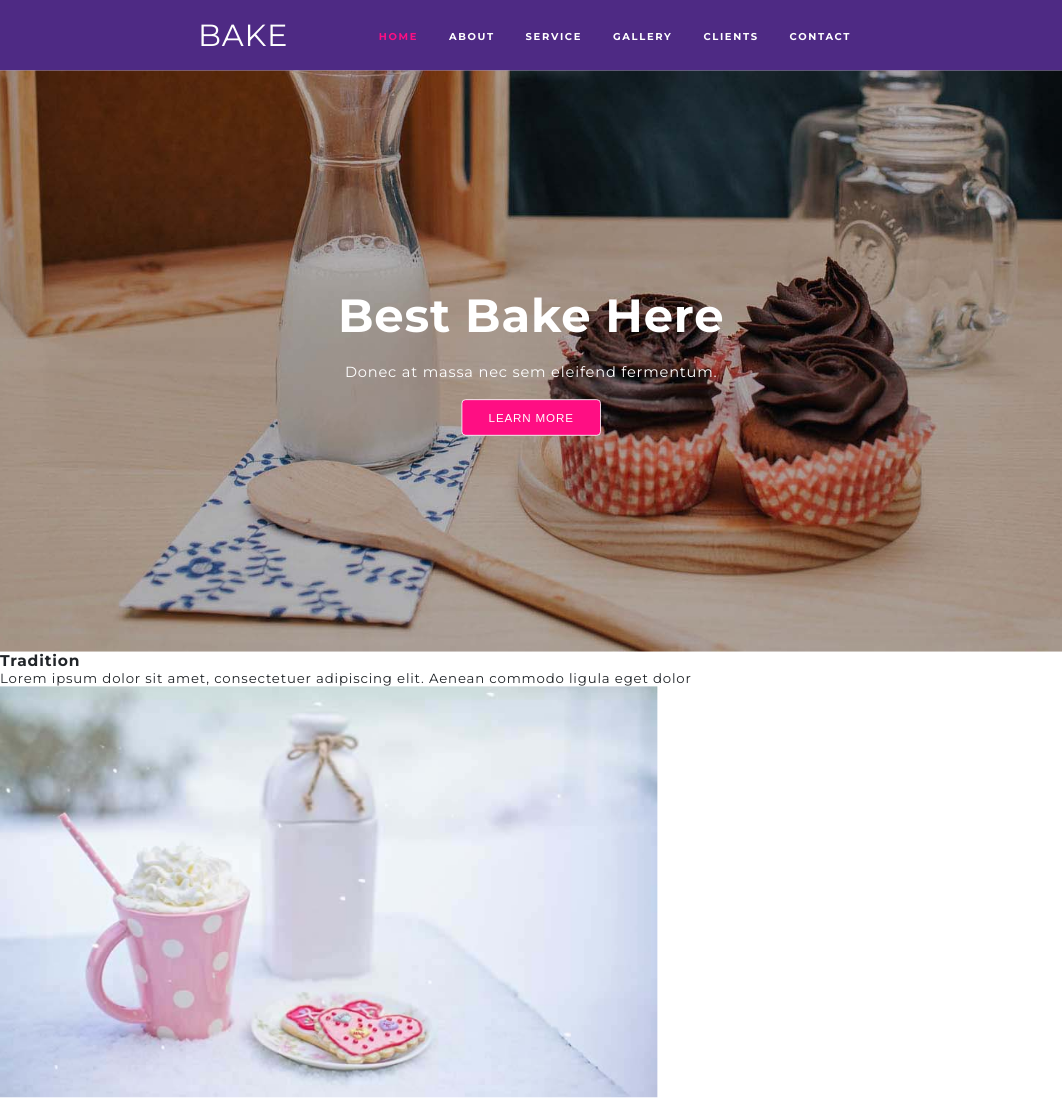
Repository: ducdatit2002/bake-cake
Page: index.html
The author's editor kept a copy of each file at every save. The page is drawn from the files as they stood at one save, then again after the next save.
The browser window is 1280 px wide. The pictures show the whole page, at 83% of full size.

Above is the page before, as saved 2023-07-13 11:58:18.

After the next save:
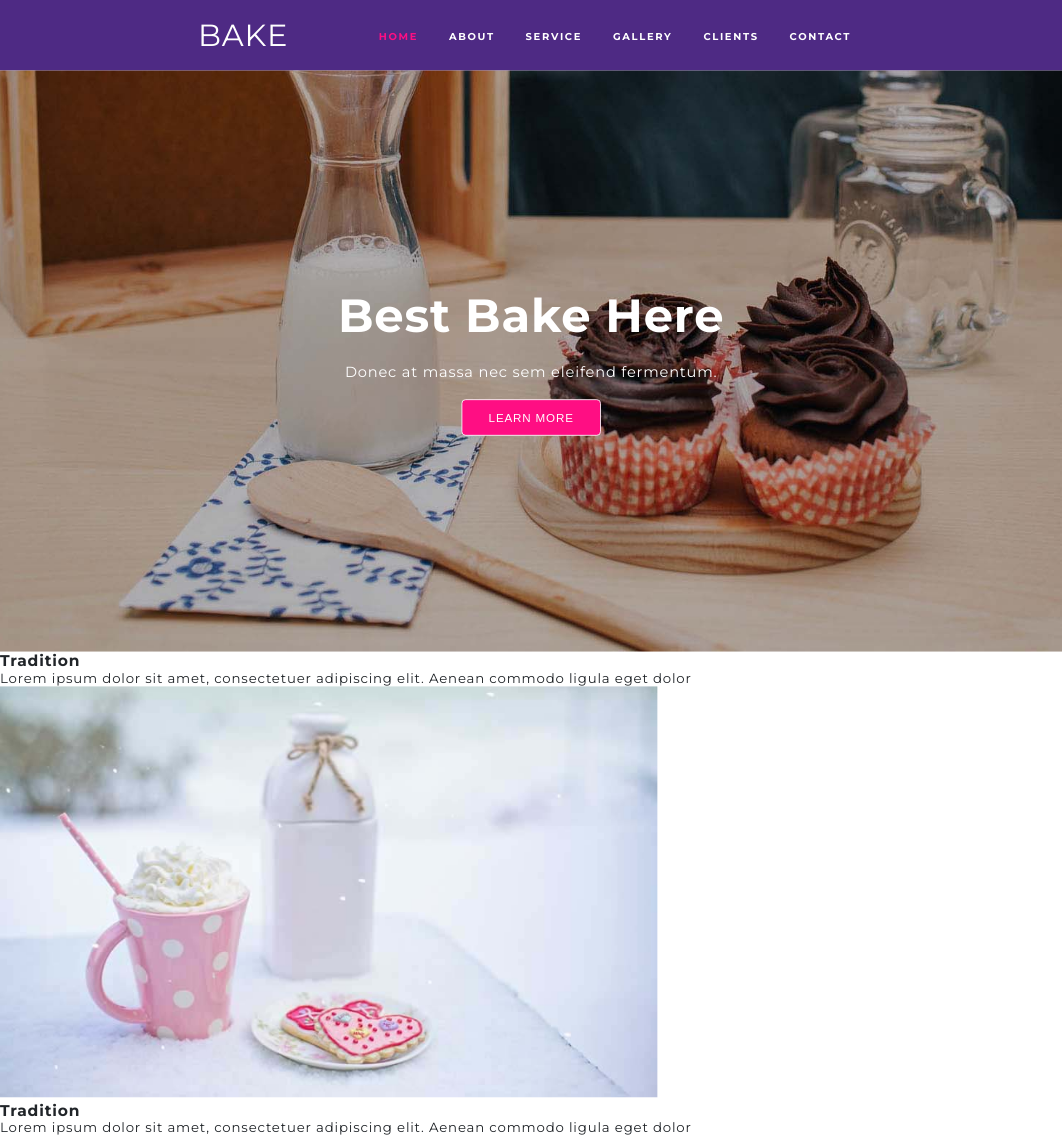
Saved 8 s later.
--- a/index.html
+++ b/index.html
@@ -52,6 +52,12 @@
         <div class="intro__item">
             <img src="./img/ab1.jpg" alt="intro 1">
         </div>
+        <div class="intro__item">
+            <div>
+                <h3>Tradition</h3>
+                <p>Lorem ipsum dolor sit amet, consectetuer adipiscing elit. Aenean commodo ligula eget dolor</p>
+            </div>
+        </div>
     </section>
     <!-- NUMBER -->
     <section class="number"></section>
